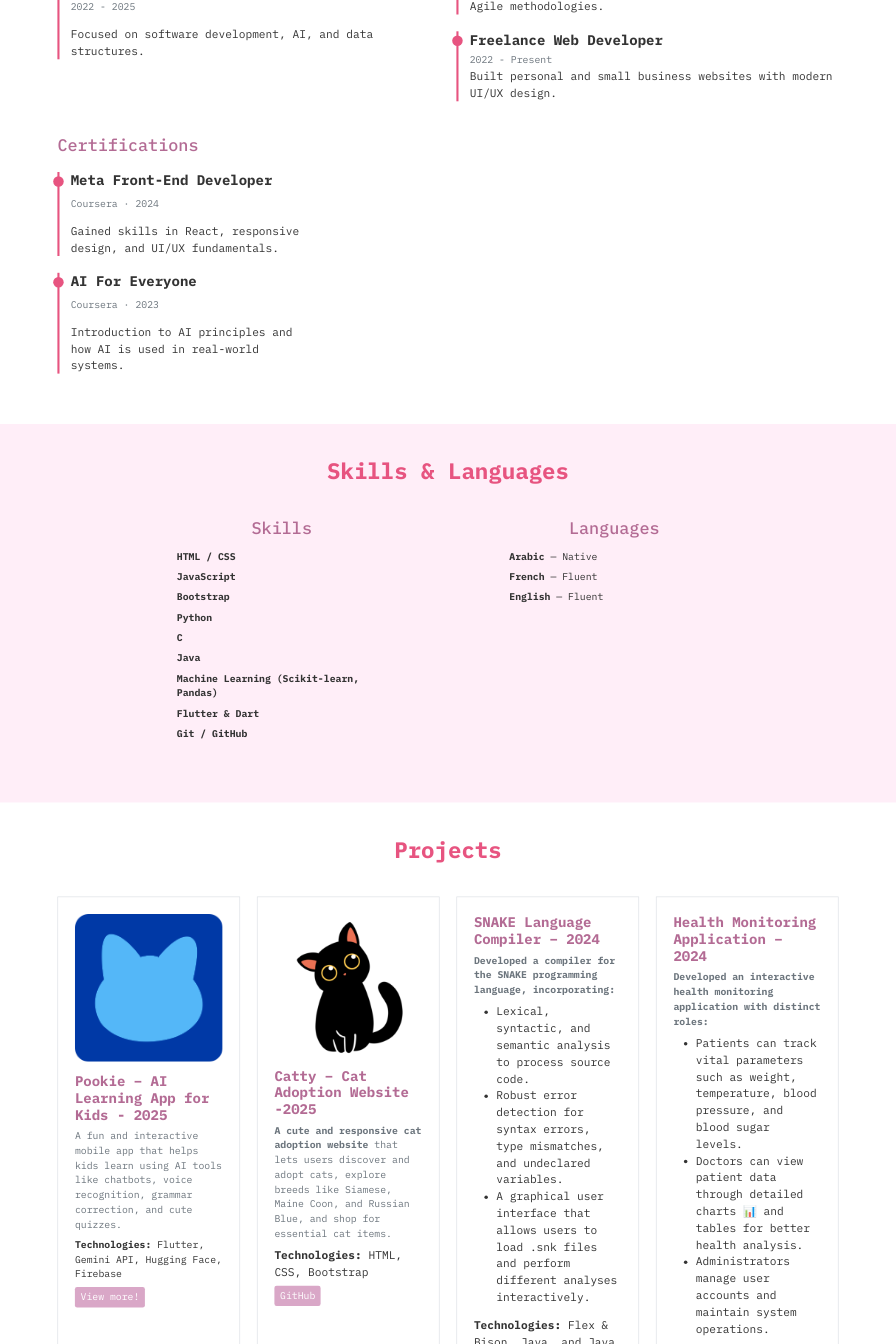
Repository: rihebtlh/portfolio
Page: new.html
The author's editor kept a copy of each file at every save. The page is drawn from the files as they stood at one save, then again after the next save.
The browser window is 1280 px wide. The pictures show the part of the page from y = 1594 to 3514 px (the page is 4241 px tall before and 4265 px after), at 70% of full size.

Above is the page before, as saved 2025-07-02 17:16:59.

After the next save:
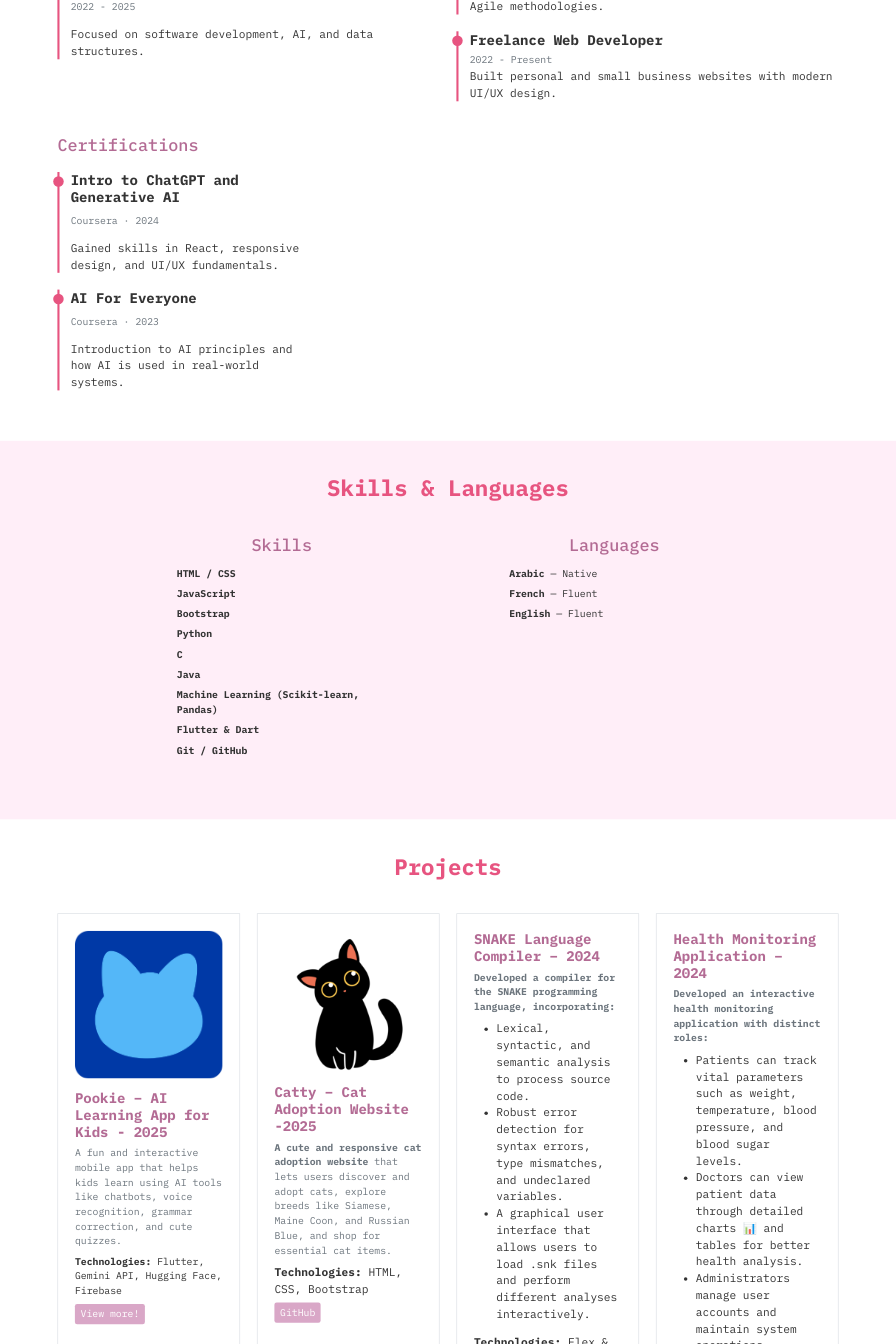
Saved 14 min 19 s later.
--- a/new.html
+++ b/new.html
@@ -248,7 +248,7 @@
                 <h4 class="mb-4" style="color:#b36b94;">Certifications</h4>
                 <div class="timeline">
                 <div class="timeline-item mb-4">
-                    <h5 class="fw-bold">Meta Front-End Developer</h5>
+                    <h5 class="fw-bold">Intro to ChatGPT and Generative AI</h5>
                     <p class="text-muted"><small>Coursera · 2024</small></p>
                     <p>Gained skills in React, responsive design, and UI/UX fundamentals.</p>
                 </div>
